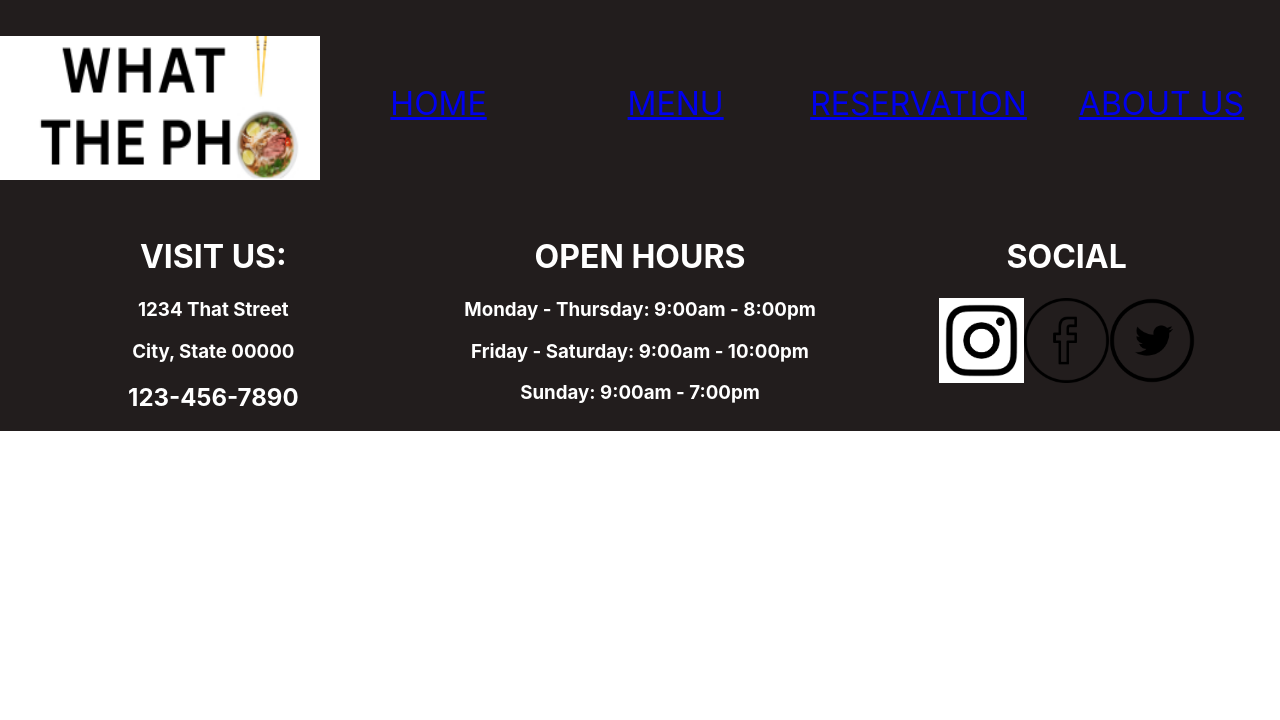
Repository: NguyenkhDang/Restaurant-Website
Page: /aboutUs
An editor plug-in stored every save of this project. The page is shown before and after the next save, followed by the edit.
The browser window is 1280 px wide. The pictures show the whole page.
The project was rebuilt for these pictures with package versions that can differ from the ones it lists, and the page was loaded fresh each time. Also part of the build but not shown: src/CSS/Readmore.css, src/Readmore.js, src/CSS/SectionContainer.css, src/SectionContainer.js, src/CSS/Home.css, src/Pages/HomePage.js, src/Pages/MenuPage.js, src/CSS/ReservationForm.css and 3 more.

Above is the page before, as saved 2026-01-18 19:19:26.

After the next save:
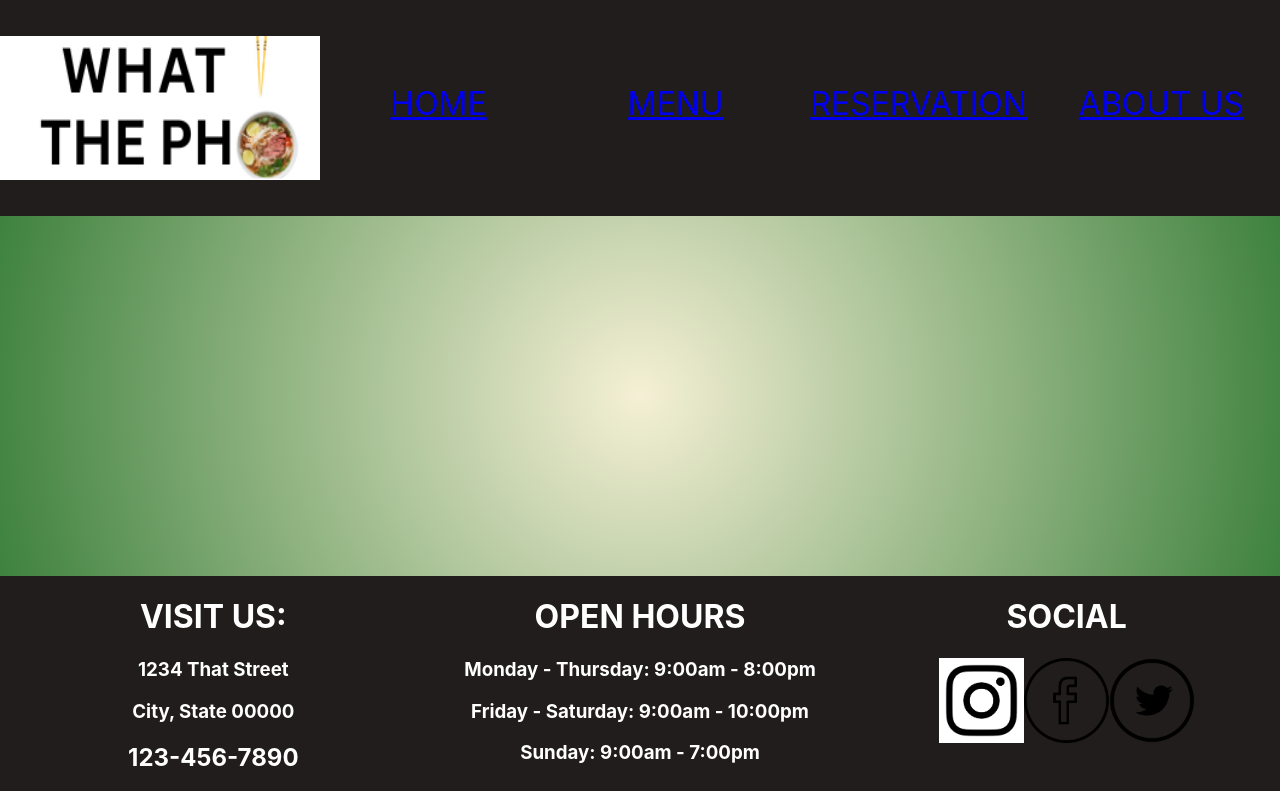
Saved 18 s later.
--- a/src/CSS/AboutUs.css
+++ b/src/CSS/AboutUs.css
@@ -1,3 +1,5 @@
 .aboutUs{
-
+  place-items: center;
+  height: 50vh;
+  width: 30vw;
 }
